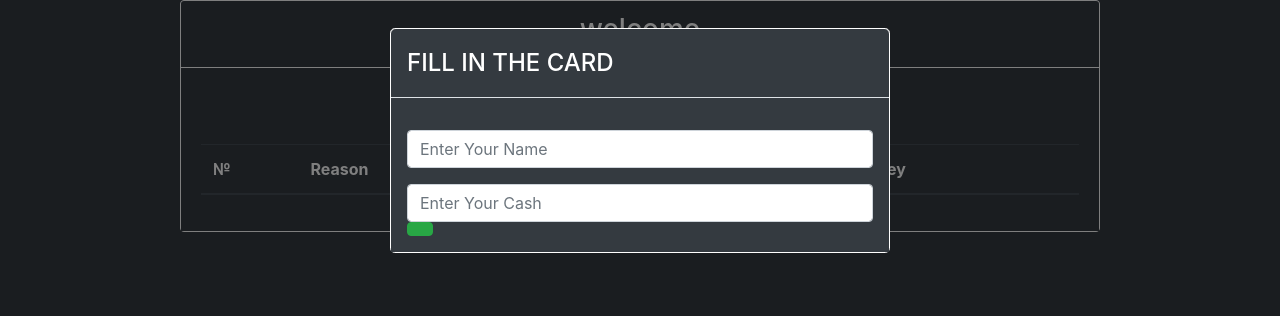
Repository: surefaceJS/allMyWorkInaliLinux
Page: hardcha/index.html
An editor plug-in stored every save of this project. The page is shown before and after the next save, followed by the edit.
The browser window is 1280 px wide. The pictures show the whole page.

Above is the page before, as saved 2021-04-19 12:34:02.

### hardcha/index.html
<!DOCTYPE html>
<html lang="en">

<head>
    <meta charset="UTF-8">
    <meta http-equiv="X-UA-Compatible" content="IE=edge">
    <meta name="viewport" content="width=device-width, initial-scale=1.0">
    <title>ReadyWebPage</title>
    <link rel="stylesheet" href="css/bootstrap.css">
    <link rel="stylesheet" href="fontawesome-free-5.15.2-web/css/all.min.css">
    <link rel="stylesheet" href="css/main.css">
</head>

<body class="bg-dark">


    <div class="container">



        <!-- The Modal -->
        <div class="modal" id="myModal">
            <div class="modal-dialog">
                <div class="modal-content border-white">

                    <!-- Modal Header -->
                    <div class="modal-header bg-dark text-center ">
                        <h4 class="modal-title text-white text-center text-uppercase">Fill in the card</h4>

                    </div>

                    <!-- Modal body -->
                    <div class="modal-body bg-dark">
                        <input type="text" class="form-control mt-3" id="userName" placeholder="Enter Your Name">
                        <input type="number" class="form-control mt-3" id="userMoney" placeholder="Enter Your Cash">
                        <button class="btn btn-success d-block"></button>
                    </div>

                </div>
            </div>
        </div>

        <div class="row">
            <div class="col-10 m-auto">
                <div class="card border-white">

                    <div class="card-header border-white bg-dark text-white text-center">
                        <h3>welcome <span id="pushName"></span> </h3>
                    </div>
                    <div class="card-body bg bg-dark">
                        <h1 class="text-danger text-center text-uppercase font-intel-bold" id="pushMonay"><span class="text-white">$</span></h1>

                        <table class="table table-dark table-hover table-striped">
                            <thead>
                                <tr>
                                    <th>№</th>
                                    <th>Reason</th>
                                    <th>Spend Money</th>
                                    <th>Type Money</th>
                                </tr>
                            </thead>
                            <tbody id="result"></tbody>
                        </table>
                    </div>

                </div>
            </div>
        </div>
    </div>

    <script src="js/jquery-3.3.1.slim.min.js"></script>
    <script src="js/popper.min.js"></script>
    <script src="js/bootstrap.js"></script>
    <script src="js/app.js"></script>
</body>

### hardcha/css/main.css
/*********************  FONTS STYLE *************************/
@font-face {
  font-family: "Inter-Bold";
  src: url("../asssets/fonts/Inter/Inter-Bold.ttf") format("truetype"); }
@font-face {
  font-family: "Inter-Regular";
  src: url("../asssets/fonts/Inter/Inter-Regular.ttf") format("truetype"); }
@font-face {
  font-family: "Inter-Light";
  src: url("../asssets/fonts/Inter/Inter-Light.ttf") format("truetype"); }
@font-face {
  font-family: "Inter-SemiBold";
  src: url("../asssets/fonts/Inter/Inter-SemiBold.ttf") format("truetype"); }
.font-intel-bold {
  font-family: "Inter-Bold", sans-serif; }

.font-intel-regular {
  font-family: "Inter-Regular", sans-serif; }

.font-intel-light {
  font-family: "Inter-Light", sans-serif; }

.font-inter-semi-bold {
  font-family: "Inter-SemiBold", sans-serif; }

/*# sourceMappingURL=main.css.map */

### hardcha/js/app.js
$(document).ready(function() {
    $('#myModal').modal('show');
});

Loaded but not shown: hardcha/css/bootstrap.css (library); hardcha/fontawesome-free-5.15.2-web/css/all.min.css (library); hardcha/js/jquery-3.3.1.slim.min.js (library); hardcha/js/popper.min.js (library); hardcha/js/bootstrap.js (library)

After the next save:
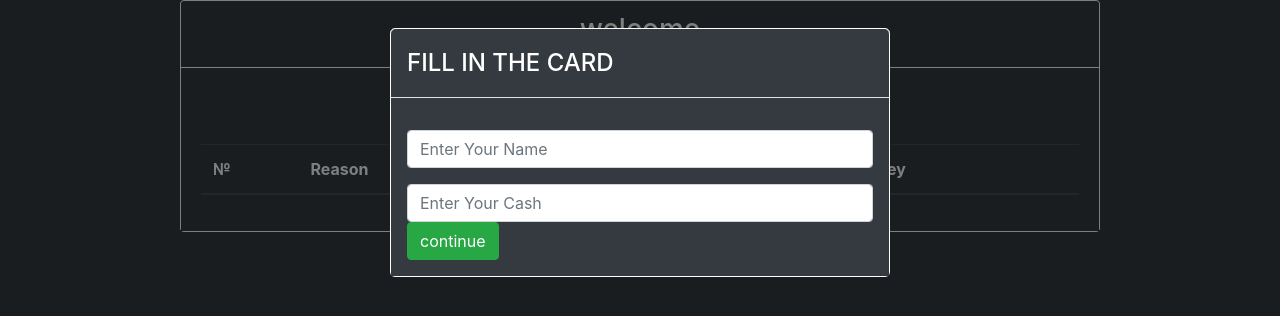
Saved 33 s later.
--- a/hardcha/index.html
+++ b/hardcha/index.html
@@ -33,7 +33,7 @@
                     <div class="modal-body bg-dark">
                         <input type="text" class="form-control mt-3" id="userName" placeholder="Enter Your Name">
                         <input type="number" class="form-control mt-3" id="userMoney" placeholder="Enter Your Cash">
-                        <button class="btn btn-success d-block"></button>
+                        <button class="btn btn-success d-block">continue</button>
                     </div>
 
                 </div>
